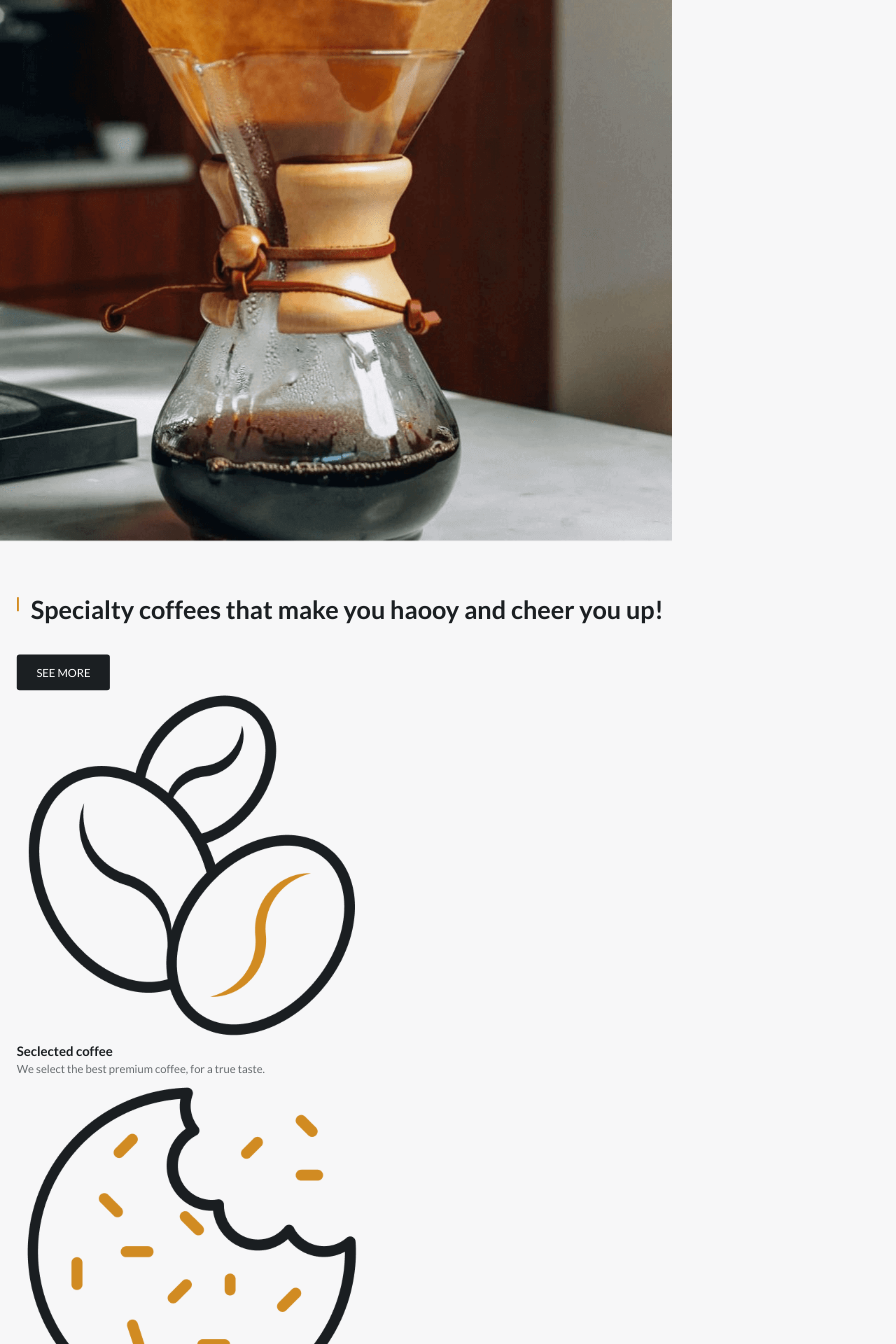
Repository: Nguyenductuan-dev/Website-coffee
Page: index.html
These files come from the project's save history. The page is drawn as it stood at one moment and after the next save; the edit follows.
The browser window is 1280 px wide. The pictures show the part of the page from y = 793 to 2713 px (the page is 3466 px tall), at 70% of full size.

Above is the page before, as saved 2022-04-06 14:42:58.

### index.html
<!DOCTYPE html>
<html lang="en">
<head>
    <meta charset="UTF-8">
    <meta http-equiv="X-UA-Compatible" content="IE=edge">
    <meta name="viewport" content="width=device-width, initial-scale=1.0">
    <link rel="shortcut icon" href="assets/imgs/favicon.png" type="image/x-icon">
    <link rel="stylesheet" href="https://cdnjs.cloudflare.com/ajax/libs/font-awesome/5.15.1/css/all.min.css" />
    <link rel="preconnect" href="https://fonts.googleapis.com">
    <link rel="preconnect" href="https://fonts.gstatic.com" crossorigin>
    <link href="https://fonts.googleapis.com/css2?family=Lato:wght@400;700&family=Montserrat:ital,wght@0,200;0,300;0,400;0,500;0,600;0,700;1,600&display=swap" rel="stylesheet">
    <link rel="stylesheet" href="assets/css/style.css">
    <title>Website coffee</title>
</head>
<body>
    <!-- ============================ HEADER =========================== -->
    <header class="header" id="header">
        <nav class="nav container">
            <a href="/" class="nav__logo">
                <img src="assets/imgs/logo.png" alt="" class="nav__logo-img">
                Coffee.
            </a>

            <div class="nav__menu" id="nav-menu">
                <ul class="nav__list">
                    <li class="nav__item">
                        <a href="#home" class="nav__link">Home</a>
                    </li>
                    <li class="nav__item">
                        <a href="#product" class="nav__link">Product</a>
                    </li>
                    <li class="nav__item">
                        <a href="#premium" class="nav__link">Premium</a>
                    </li>
                    <li class="nav__item">
                        <a href="#blog" class="nav__link">Blog</a>
                    </li>
                </ul>

                <div class="nav__close" id="nav-close">
                    <i class="fas fa-times"></i>
                </div>
            </div>

            <!-- Toggle button -->
            <div class="nav__toggle" id="nav-toggle">
                <i class="fas fa-bars"></i>
            </div>
        </nav>
    </header>

    <!-- ============================ MAIN =============================  -->
    <main>
        <!-- ======================== HOME ============================= -->
        <section class="home grid" id="home">
            <div class="home__container">
                <div class="home__content container">
                    <h1 class="home__title">
                        Choose Your Favorite Coffee And Endjoy<span>,</span>
                    </h1>
                   <p class="home__description">
                       Buy the best and delicius coffees.
                   </p>

                   <div class="home__data">
                       <div class="home__data-group">
                           <h2 class="home__data-number">120k</h2>
                           <h3 class="home-data-title">Testimonials</h3>
                           <p class="home__data-description">
                               Testimonials from various customers who true us.
                           </p>
                       </div>

                       <div class="home__data-group">
                        <h2 class="home__data-number">340+</h2>
                        <h3 class="home-data-title">Exclusive Product</h3>
                        <p class="home__data-description">
                            Premium preparation with quality ingredients.
                        </p>
                    </div>
                   </div>

                   <a href="#specialty">
                       <img src="assets/imgs/scroll.png" alt="" class="home__scroll">
                   </a>
                </div>
            </div>

            <img src="assets/imgs/home.png" alt="" class="home__img">
        </section>

        <!-- ======================== SPECIALTY ============================= -->
        <div class="specialty section container" id="specialty">
            <div class="specialty__container">
                <div class="specialty__box">
                    <h2 class="section__title">
                        Specialty coffees that make you haooy and cheer you up!
                    </h2>

                    <div>
                        <a href="" class="btn specialty__btn">See more</a>
                    </div>
                </div>

                <div class="specialty__catelogy">
                    <div class="speialty__group">
                        <img src="assets/imgs/specialty1.png" alt="" class="specialty__img">
                        <h3 class="specialty__title">Seclected coffee</h3>
                        <p class="specialty__description">
                            We select the best premium coffee, for a true taste.
                        </p>
                    </div>

                    <div class="speialty__group">
                        <img src="assets/imgs/specialty2.png" alt="" class="specialty__img">
                        <h3 class="specialty__title">Delicius Cookies</h3>
                        <p class="specialty__description">
                            Enjoy your coffee whit some hot cookies
                        </p>
                    </div>

                    <div class="speialty__group">
                        <img src="assets/imgs/specialty3.png" alt="" class="specialty__img">
                        <h3 class="specialty__title">Enjoy at home</h3>
                        <p class="specialty__description">
                            Enjoy the best coffee in the comfort of your home.
                        </p>
                    </div>
                </div>
            </div>
        </div>
    </main>



    <script src="assets/js/main.js"></script>
</body>
</html>

### assets/css/style.css
:root {
    --header-height: 3.5rem;
    /* ===============Color=============== */
    --first-color: hsl(36, 72%, 48%);
    --first-color-alt: hsl(36, 72%, 44%);
    --black-color: hsl(206, 12%, 12%);
    --card-color: hsl(0, 0%, 90%);
    --tittle-color: hsl(206, 12%, 12%);
    --text-color: hsl(206, 4%, 42%);
    --tittle-color-light: hsl(206, 4%, 75%);
    --body-color: hsl(206, 4%, 97%);
    --container-color: #fff;

    /* ==============Font=============== */
    --body-font: 'Lato', sans-serif;
    --biggest-font-size: 2.25rem;
    --h1-font-size: 1.5rem;
    --h2-font-size: 1.25rem;
    --h3-font-size: 1rem;
    --normal-font-size: .938rem;
    --small-font-size: .813rem;
    --smaller-font-size: .75rem;

    /* ==============Font weidth========= */
    --font-bold: 700;

    /* ==============Z-index============= */
    --z-tooltip: 10;
    --z-fixed: 100;
}

@media screen and (min-width: 968px){
    :root {
        --biggest-font-size: 3.5rem;
        --h1-font-size: 2.25rem;
        --h2-font-size: 1.5rem;
        --h3-font-size: 1.25rem;
        --normal-font-size: 1rem;
        --small-font-size: .875rem;
        --smaller-font-size: .813rem;
    }
}

/* =================BASE================== */
* {
    padding: 0;
    margin: 0;
    box-sizing: border-box;
}

html {
    scroll-behavior: smooth;
}

body {
    font-family: var(--body-font);
    font-size: var(--normal-font-size);
    background-color: var(--body-color);
    color: var(--text-color);
}

h1,h2,h3 {
    color: var(--tittle-color);
    font-weight: var(--font-bold);
}

h1,h2,h3,p {
    line-height: 140%;
}

ul {
    list-style: none;

}
a {
    text-decoration: none;
}
img {
    max-width: 100%;
    height: auto;
}
button {
    border: none;
    outline: none;
    cursor: pointer;
}

.container {
    max-width: 1024px;
    margin-left: 1.5rem;
    margin-right: 1.5rem;
}
.grid {
    display: grid;
    gap: 1.5rem;
}
.section {
    padding: 4.5rem 0 2rem;
}
.section__title {
    position: relative;
    font-size: var(--h1-font-size);
    padding-left: 1.25rem;
    margin-bottom: 2.5rem;
}
.section__title::before {
    content: '';
    position: absolute;
    top: 8px;
    left: 0;
    width: 3px;
    height: 20px;
    background-color: var(--first-color);
}
/* ====================== HEADER & NAV ====================*/
.header {
    width: 100%;
    background: transparent;
    position: fixed;
    top: 0;
    left: 0;
    z-index: var(--z-fixed);
}
.nav {
    height: var(--header-height);
    display: flex;
    justify-content: space-between;
    align-items: center;
}
.nav__logo,
.nav__toggle {
    color: #fff;
}
.nav__logo {
    display: flex;
    align-items: center;
    column-gap: .5rem;
    font-weight: var(--font-bold);
}
.nav__logo-img {
    width: .75rem;
}
.nav__toggle {
    display: inline-flex;
    font-size: 1.15rem;
    cursor: pointer;
}

@media screen and (max-width: 767px) {
    .nav__menu {
        position: fixed;
        background-color: var(--black-color);
        top: 0;
        right: -100%;
        width: 100%;
        height: 100%;
        transition: .3s;
    }
}

.nav__list {
    display: flex;
    flex-direction: column;
    text-align: center;
    row-gap: 3rem;
    padding-top: 9rem;
}
.nav__link {
    text-transform: uppercase;
    color: var(--text-color-light);
    font-size: var(--h2-font-size);
    transition: .3s;
}
.nav__link:hover {
    color: #fff;
}
.nav__close {
    font-size: 2rem;
    color: #fff;
    position: absolute;
    top: 1rem;
    right: 1rem;
    cursor: pointer;
}

/* =========== Show menu ============ */
.show-menu {
    right: 0;

}
/* =========== SCROLL ========== */
.scroll-header {
    background-color: var(--body-color);
    box-shadow: 0 1px 4px hsla(0, 4%, 15%, .1);
}
.scroll-header .nav__logo,
.scroll-header .nav__toggle {
    color: var(--tittle-color);
}
.scroll-header .nav__logo-img {
    mix-blend-mode: difference;
}

/* =========== HOME ============ */
.home {
    gap: 0;
}
.home__container {
    padding: 7rem 0 2.5rem;
    background: linear-gradient(160deg, hsla(206, 5%, 24%, 1) -4%, hsla(206, 12%, 12%, 1) 46%);
}
.home__content {
    position: relative;
}
.home__title,
.home__data-title {
    color: #fff;
}
.home__title {
    font-size: var(--biggest-font-size);
    margin-bottom: 1.5rem;
}
.home__title span {
    color: var(--first-color);
}
.home__description {
    margin-bottom: 2rem;
}
.home__data {
    border-top: 1px solid var(--text-color);
    padding-top: 2rem;
    display: grid;
    grid-template-columns: repeat(2, 1fr);
    column-gap: 1.5rem;
}
.home__data-number {
    color: var(--first-color);
    font-size: var(--h1-font-size);
    margin-bottom: 1.5rem;
}
.home__data-title {
    font-size: var(--h3-font-size);
    margin-bottom: .5rem;
}
.home__scroll {
    position: absolute;
    width: 100px;
    bottom: -7rem;
    left: 0;
    right: 0;
    margin: 0 auto;
    animation: scroll 3s infinite;
}

@keyframes scroll {
    0% {
        transform: translateY(0);
    }
    50% {
        transform: translateY(-.5rem);
    }
    100% {
        transform: translateY(0);
    }
}

/* =========== Btn ============ */
.btn {
    display: inline-block;
    background-color: var(--black-color);
    color: #fff;
    padding: 1rem 1.75rem;
    border-radius: .25rem;
    font-size: var(--normal-font-size);
    text-transform: uppercase;
}

/* =========== SPECIALTY ============ */

### assets/js/main.js


/* ===================== SHOW MENU ========================= */
const navMenu = document.getElementById('nav-menu');
const navToggle = document.getElementById('nav-toggle');
const navClose = document.getElementById('nav-close');

/* ==================== MENU SHOW ==========================*/
if(navToggle) {
    navToggle.addEventListener('click', () => {
        navMenu.classList.add('show-menu');
    })
}
/* ==================== MENU HIDEN ==========================*/

if(navClose) {
    navClose.addEventListener('click', () =>{
        navMenu.classList.remove('show-menu');
    })
}
/* ===================== REMOVE MENU MOBILE ========================= */
const navLink = document.querySelectorAll('.nav__link');
function linkAction() {
    const navMenu = document.getElementById('nav-menu');
    navMenu.classList.remove('show-menu');

}
navLink.forEach( n => n.addEventListener('click', linkAction));

/* ===================== SCROLL ========================= */
function scrollheader() {
    const header = document.getElementById('header');
    if(this.scrollY >=50) header.classList.add('scroll-header');
    else header.classList.remove('scroll-header');
}
window.addEventListener('scroll', scrollheader);

After the next save:
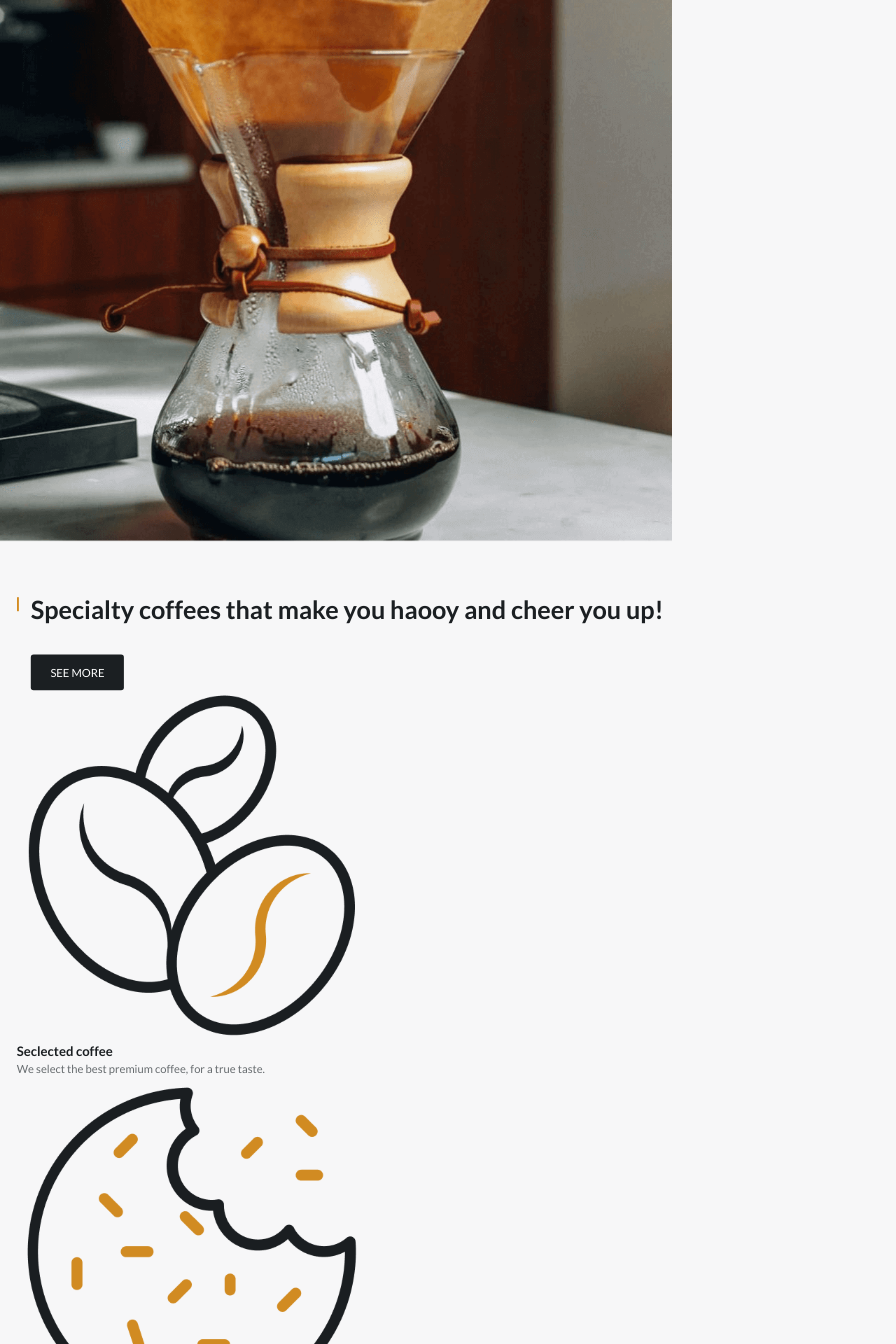
Saved 2 min 26 s later.
--- a/assets/css/style.css
+++ b/assets/css/style.css
@@ -276,3 +276,13 @@ button {
 }
 
 /* =========== SPECIALTY ============ */
+.specialty__btn {
+    margin-left: 1.25rem;
+}
+.specialty__category {
+    margin-top: 4rem;
+    display: grid;
+    grid-template-columns: 200px;
+    justify-content: center;
+    row-gap: 2.5rem;
+}
